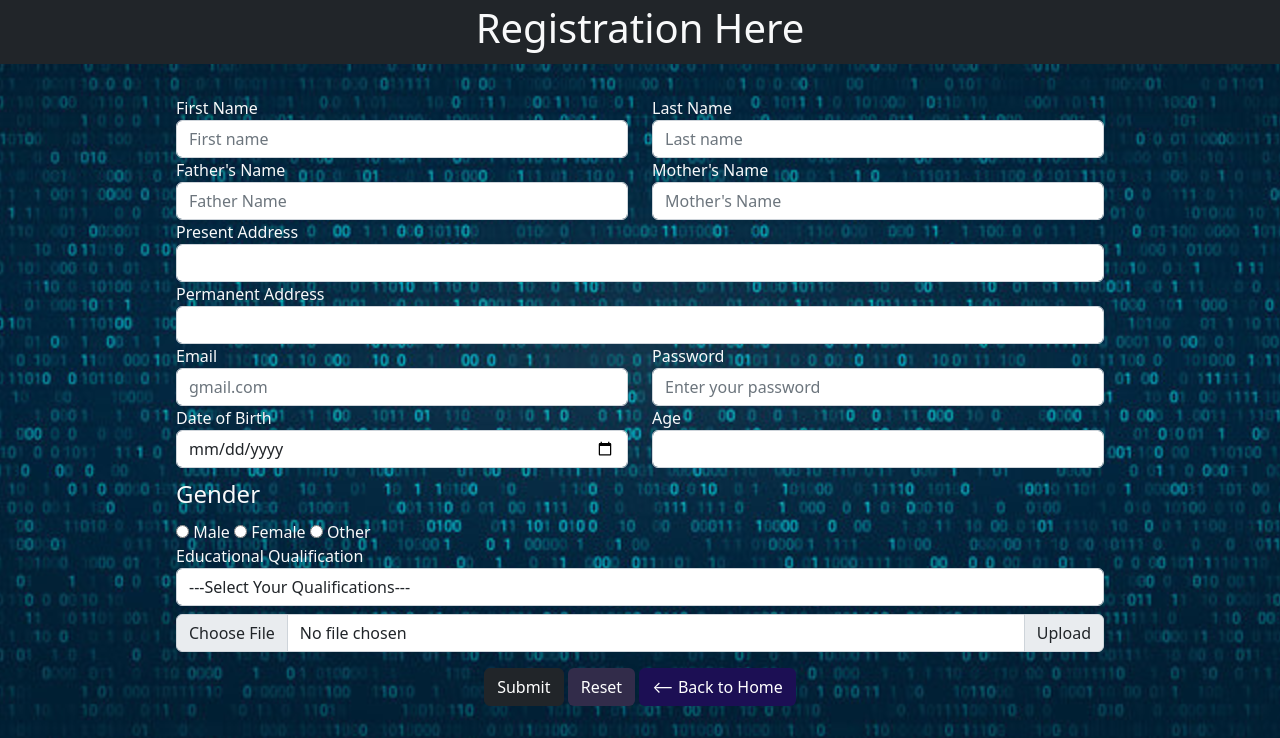
Repository: OmarFaruq97/JspServlet
Page: http://localhost/Form/pages/MainForm.jsp
These files come from the project's save history. The page is drawn as it stood at one moment and after the next save; the edit follows.
The browser window is 1280 px wide. The pictures show the whole page.
Backgrounds fixed to the window are drawn as part of the page. The page is served by Tomcat 9. Other server files are loaded and not shown.

Above is the page before, as saved 2025-02-07 13:09:33.

### Form/src/main/webapp/pages/MainForm.jsp
<%@ page language="java" contentType="text/html; charset=UTF-8"
    pageEncoding="UTF-8"%>

<!DOCTYPE html>
<html>
<head>
<meta charset="UTF-8">
<title>Registration Form</title>
<link href="https://cdn.jsdelivr.net/npm/bootstrap@5.2.3/dist/css/bootstrap.min.css" rel="stylesheet">
<style>
    body {
        background: url('pic.jpg') no-repeat center center fixed;
        background-size: cover;
    }
</style>
</head>
<body>

  <div class="container-fluid bg-dark text-light py-1">
      <header class="text-center">
         <h2 class="display-6">Registration Here</h2>
      </header>
  </div>

  <form action="StudentServlet" method="post">
      <input type="hidden" name="action" value="add">

      <section class="container my-3 text-light w-75 p-3 mx-auto">

        <div class="row">
            <div class="col">
                <label for="firstname">First Name</label>
                <input type="text" id="firstname" name="firstname" class="form-control" placeholder="First name">
            </div>

            <div class="col">
                <label for="lastname">Last Name</label>
                <input type="text" id="lastname" name="lastname" class="form-control" placeholder="Last name">
            </div>
        </div>

        <div class="row">
            <div class="col">
                <label for="fathername">Father's Name</label>
                <input type="text" id="fathername" name="fathername" class="form-control" placeholder="Father Name">
            </div>

            <div class="col">
                <label for="mothername">Mother's Name</label>
                <input type="text" id="mothername" name="mothernamemn" class="form-control" placeholder="Mother's Name">
            </div>
        </div>

        <label for="presentaddress">Present Address</label>
        <input type="text" id="presentaddress" name="presentaddress" class="form-control">

        <label for="permanentaddress">Permanent Address</label>
        <input type="text" id="permanentaddress" name="permanentaddress" class="form-control">

        <div class="row">
            <div class="col">
                <label for="em">Email</label>
                <input type="email" class="form-control" name="email" placeholder="gmail.com" id="em">
            </div>

            <div class="col">
                <label for="password">Password</label>
                <input type="password" id="password" name="password" class="form-control" placeholder="Enter your password">
            </div>
        </div>

        <div class="row">
            <div class="col-6">
                <label for="dateofbirth">Date of Birth</label>
                <input type="date" name="dateofbirth" id="dateofbirth" class="form-control">
            </div>

            <div class="col-6">
                <label for="age">Age</label>
                <input type="number" name="age" id="age" class="form-control">
            </div>
        </div>

        <fieldset class="mt-2">
            <legend>Gender</legend>
            <input type="radio" name="gn" value="male"> Male
            <input type="radio" name="gn" value="female"> Female
            <input type="radio" name="gn" value="other"> Other
        </fieldset>

        <label>Educational Qualification</label>
        <select name="qualification" class="form-control">
            <option value="">---Select Your Qualifications---</option>
            <option value="graduate">GRADUATE/FAZIL</option>
            <option value="hsc">HSC/DHAKHIL</option>
            <option value="ssc">SSC/ALIM</option>
        </select>

        <div class="input-group mt-2">
            <input type="file" class="form-control" id="inputGroupFile02">
            <label class="input-group-text" for="inputGroupFile02">Upload</label>
        </div>

        <div class="mt-3 text-center">
            <input type="submit" class="btn btn-dark" value="Submit">
            <input type="reset" class="btn text-white" value="Reset" style="background-color: #322c4a;">
            <a class="btn text-white" href="/Form" style="background-color: #1c0f54;">⟵ Back to Home</a>
        </div>
      </section>
  </form>

  <script src="https://cdn.jsdelivr.net/npm/bootstrap@5.2.3/dist/js/bootstrap.bundle.min.js"></script>

</body>
</html>

After the next save:
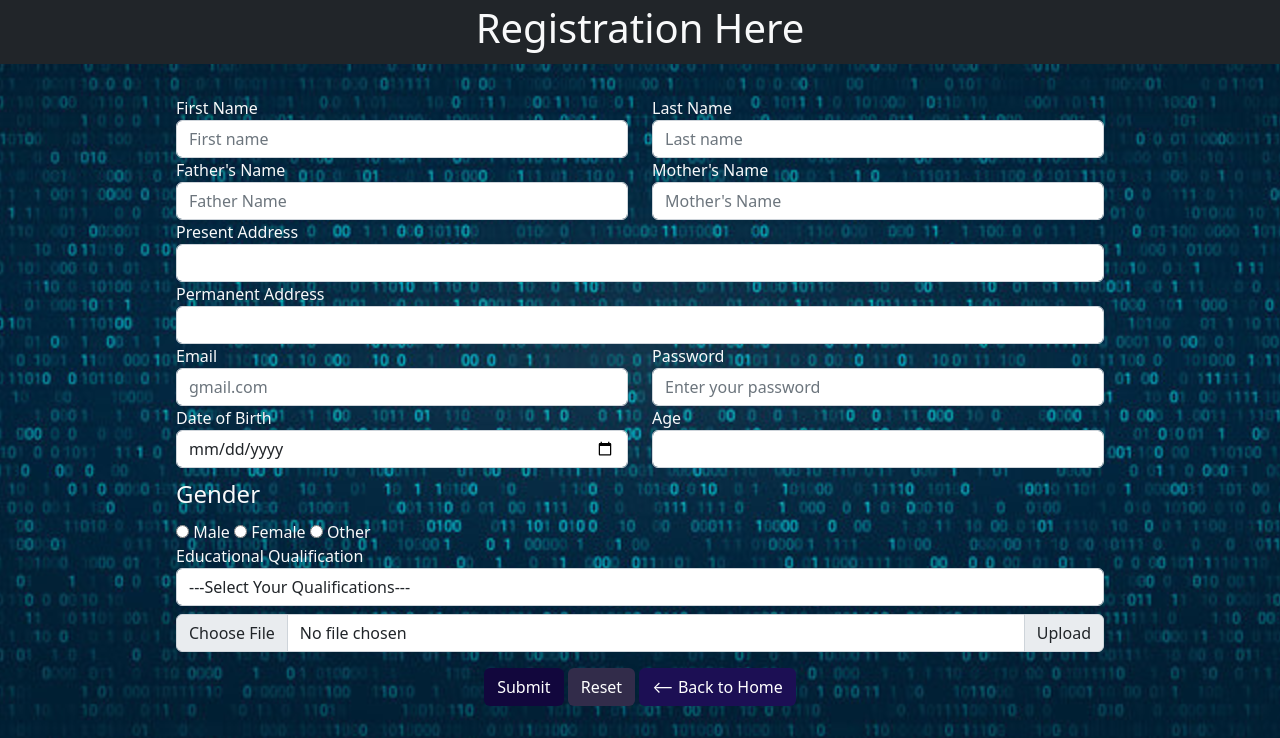
Saved 15 min 53 s later.
--- a/Form/src/main/webapp/pages/MainForm.jsp
+++ b/Form/src/main/webapp/pages/MainForm.jsp
@@ -102,7 +102,7 @@
         </div>
 
         <div class="mt-3 text-center">
-            <input type="submit" class="btn btn-dark" value="Submit">
+            <input type="submit" class="btn text-white" value="Submit" style="background-color: #12073d">
             <input type="reset" class="btn text-white" value="Reset" style="background-color: #322c4a;">
             <a class="btn text-white" href="/Form" style="background-color: #1c0f54;">⟵ Back to Home</a>
         </div>
